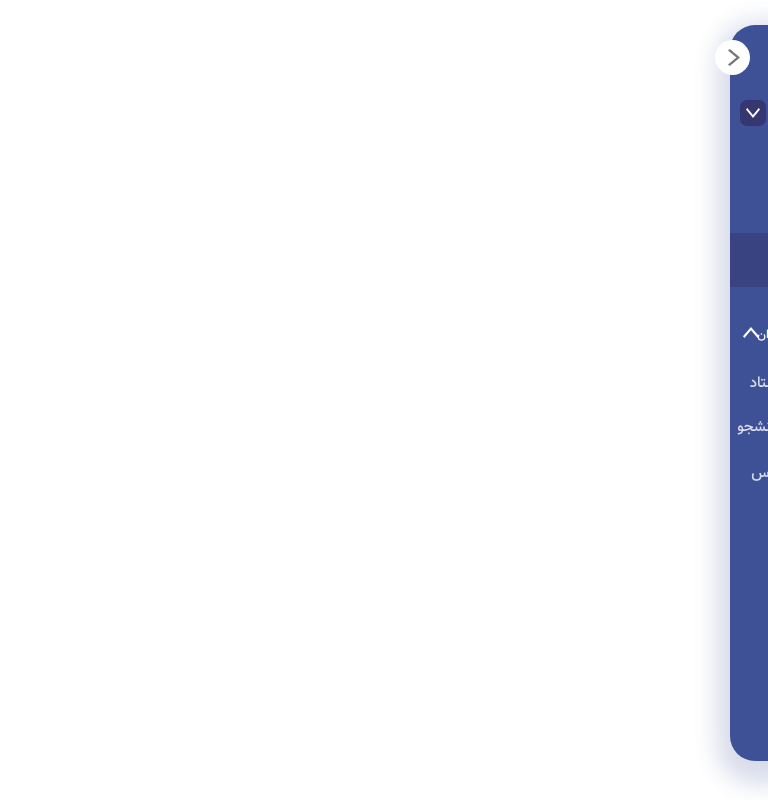
Repository: kosar78/quiz-online
Page: manager-panel-dashbord.html
An editor plug-in stored every save of this project. The page is shown before and after the next save, followed by the edit.
The browser window is 768 px wide. The pictures show the whole page.
After loading, the first visible `li.user-mangement-cases-icon` was clicked once.

Above is the page before, as saved 2021-11-09 22:00:48.

After the next save:
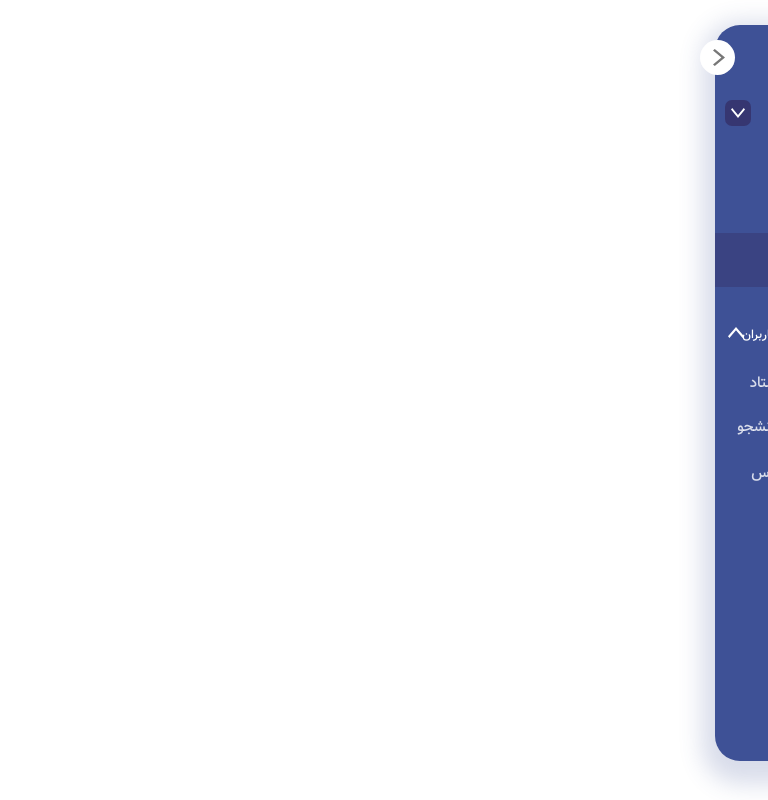
Saved 5 min 1 s later.
--- a/css/manager-panel.css
+++ b/css/manager-panel.css
@@ -239,6 +239,9 @@ ul li{
     .manage-profile-menubar .mp-name{
         padding-left: 15px;
     }
+    .user-management-cases {
+        padding-right: 50px;
+    }
 }
 @media(min-width:1200px){
 
